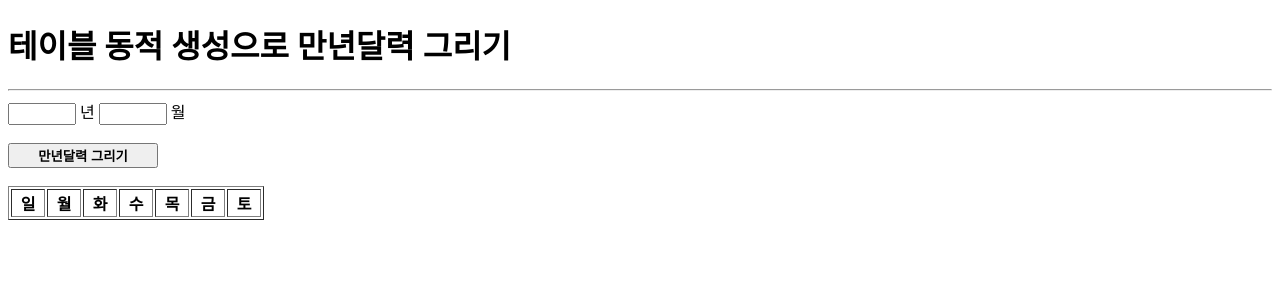
Repository: lolsoyeon/WebStudy
Page: WebApp03/WebContent/Test024.html
These files come from the project's save history. The page is drawn as it stood at one moment and after the next save; the edit follows.
The browser window is 1280 px wide. The pictures show the whole page.

Above is the page before, as saved 2022-10-04 05:20:42.

### WebApp03/WebContent/Test024.html
<!DOCTYPE html>
<html>
<head>
<meta charset="UTF-8">
<title>Test024.html</title>

<style type="text/css">
	input {font-family: 나눔고딕코딩; font-weight: bold;}
	input:focus {background-color: #eeeedd;}
	input.btn {font-weight: bold; font-family: 맑은 고딕;}
	.txt {text-align: right;}
	.btn {width: 150px; font-weight: bold;}
	.btn:hover {color: orange;}
	table {border: "1"; font-weight: bold;}
	td {background-color: #ccc; text-align: center;}
	tr {border: "1";}
	th {width: 30px; }
	textarea { font-family: 나눔고딕코딩; font-weight: bold;}
	.txt {text-align: center; width: 60px;}
</style>

<script type="text/javascript">
	function myCalender()
	{

	}


</script>





</head>
<body>

<div>
	<h1>테이블 동적 생성으로 만년달력 그리기</h1>
	<hr>
</div>

<div>
	<form>
		<input type="text" id="txtYear" class="txt" > 년
		<input type="text" id="txtMonth" class="txt"> 월
		<br><br>

		<button type="button" class="btn">만년달력 그리기</button>
		<br><br>

		<table border="1" id="calenderTbl">
			<tr>
				<th>일</th>
				<th>월</th>
				<th>화</th>
				<th>수</th>
				<th>목</th>
				<th>금</th>
				<th>토</th>
			</tr>
		</table>
	</form>
</div>

</body>
</html>

After the next save:
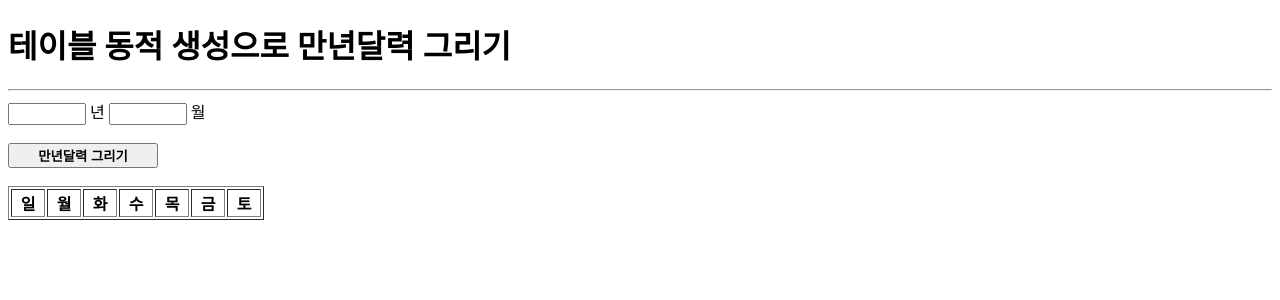
Saved 6 s later.
--- a/WebApp03/WebContent/Test024.html
+++ b/WebApp03/WebContent/Test024.html
@@ -16,7 +16,7 @@
 	tr {border: "1";}
 	th {width: 30px; }
 	textarea { font-family: 나눔고딕코딩; font-weight: bold;}
-	.txt {text-align: center; width: 60px;}
+	.txt {text-align: center; width: 70px;}
 </style>
 
 <script type="text/javascript">
